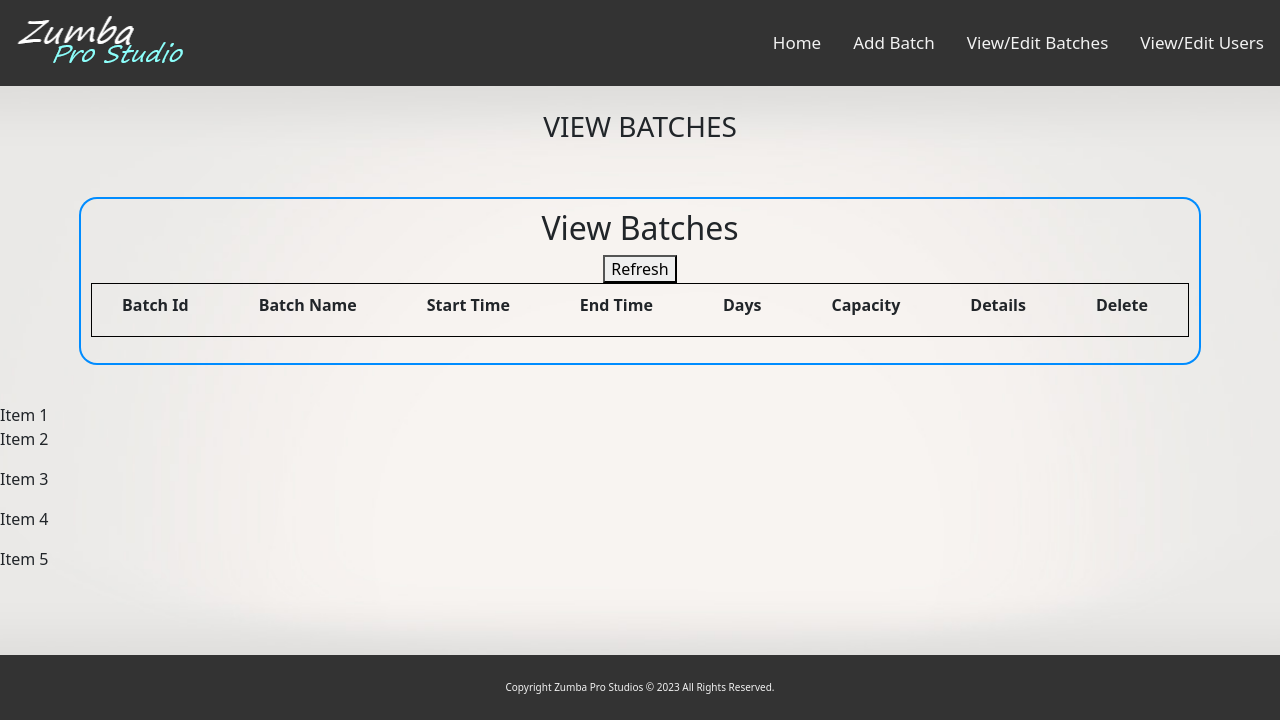
Repository: basemsamuel/Zumba
Page: http://localhost/ZumbaProStudio/admin.jsp
The author's editor kept a copy of each file at every save. The page is drawn from the files as they stood at one save, then again after the next save.
The browser window is 1280 px wide. The pictures show the whole page.
The page is served by Tomcat 10.

Above is the page before, as saved 2023-07-31 15:44:02.

After the next save:
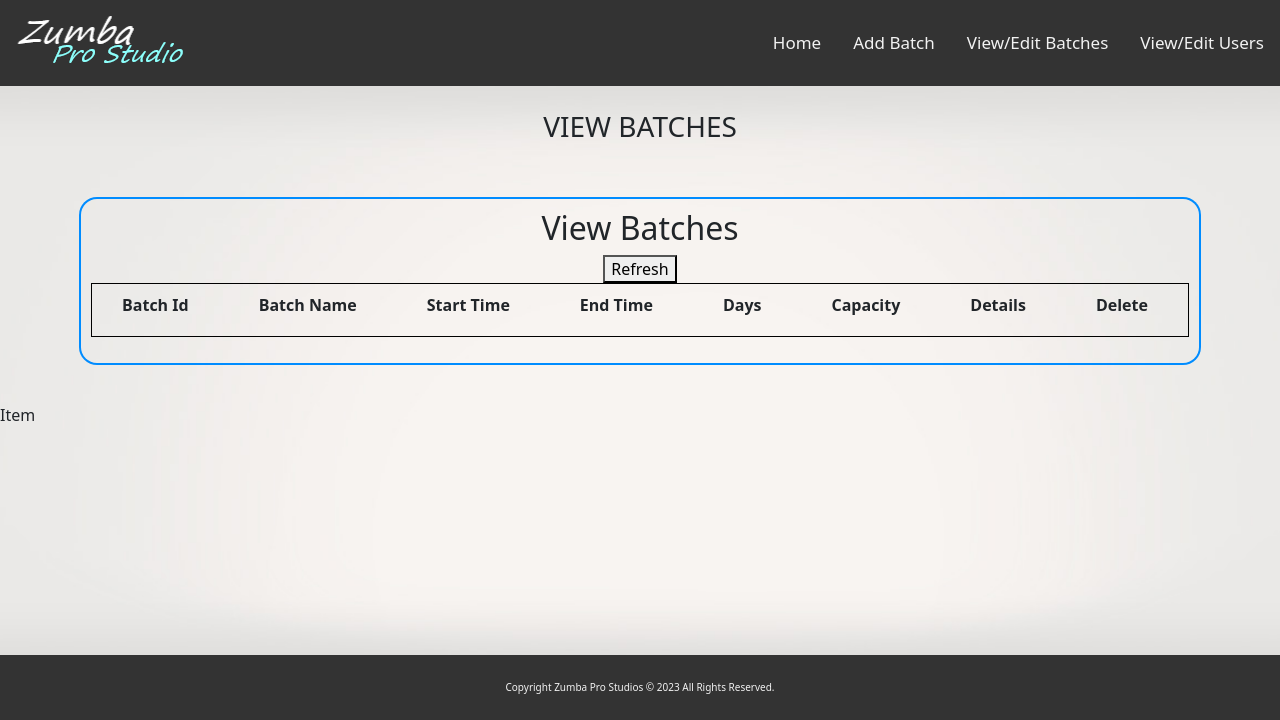
Saved 43 s later.
--- a/ZumbaProStudio/src/main/webapp/admin.jsp
+++ b/ZumbaProStudio/src/main/webapp/admin.jsp
@@ -41,7 +41,7 @@
 		</div>
 	</div>
 </div>
-						    	<%@ taglib uri="http://java.sun.com/jsp/jstl/core" prefix="c" %>
+
 									<c:forEach var = "i" begin = "1" end = "5">
 
 							         		Item <c:out value = "${i}"/><p>
